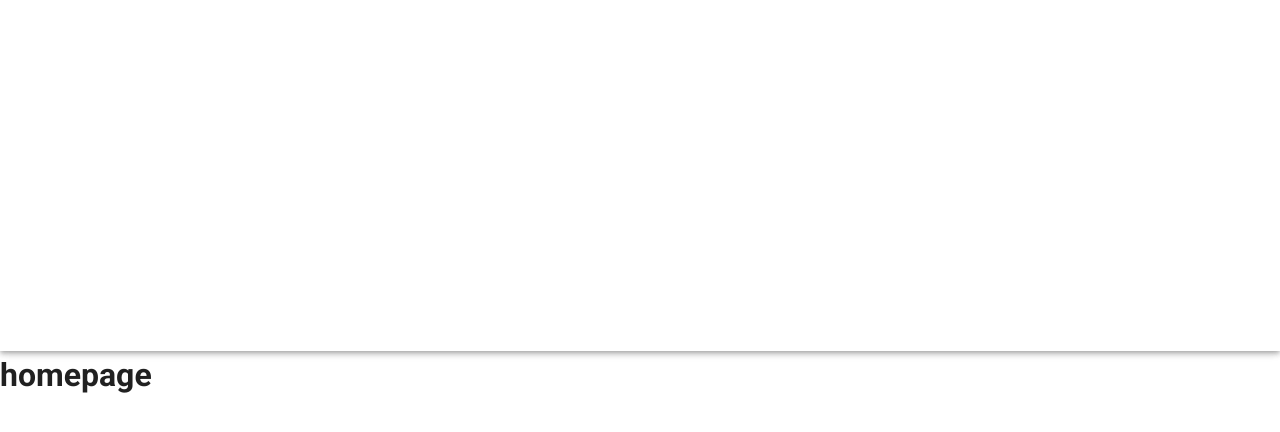
Repository: Morne-Dev/todo-ninjas
Page: /
An editor plug-in stored every save of this project. The page is shown before and after the next save, followed by the edit.
The browser window is 1280 px wide. The pictures show the whole page.
The project was rebuilt for these pictures with package versions that can differ from the ones it lists, and the page was loaded fresh each time. Also part of the build but not shown: vue.config.js.

Above is the page before, as saved 2023-11-22 08:09:49.

### src/App.vue
<template>
  <v-app>
    <Navbar />
    <v-content>
      <router-view/>
    </v-content>
  </v-app>
</template>

<script>
import Navbar from '@/components/Navbar'
export default {
  name: 'App',
components: { Navbar },
  data: () => ({
    //
  }),
};
</script>

### src/components/Navbar.vue
<template>
    <v-toolbar height="30px">

    </v-toolbar>
</template>

<script>


export default {
    return() {

    },
}
</script>

### src/views/HomeView.vue
<template>
  <div class="home">
    <h1>homepage</h1>

  </div>
</template>

Loaded but not shown: public/index.html (common file); src/main.js (common file); src/router/index.js (common file); src/plugins/vuetify.js (common file)

After the next save:
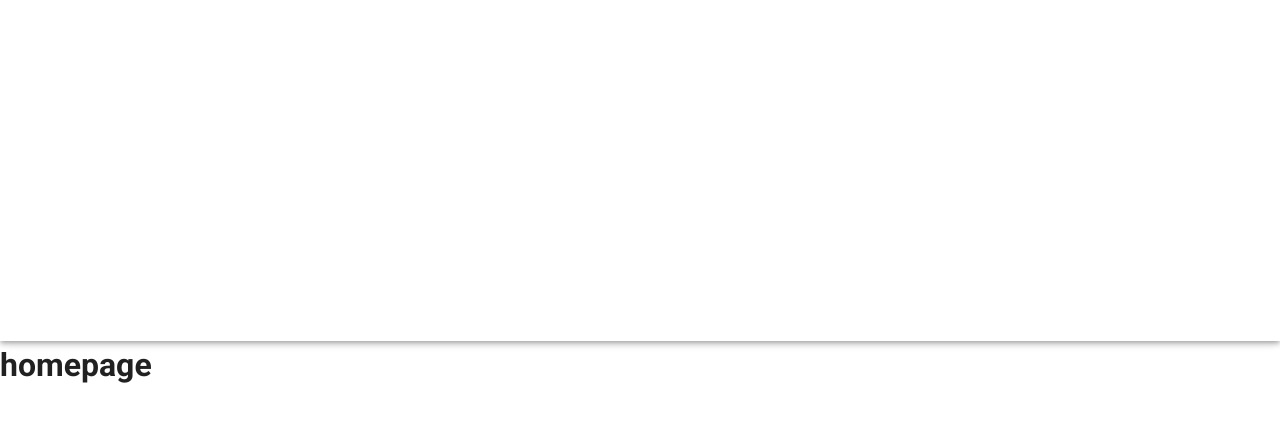
Saved 7 s later.
--- a/src/components/Navbar.vue
+++ b/src/components/Navbar.vue
@@ -1,5 +1,5 @@
 <template>
-    <v-toolbar height="30px">
+    <v-toolbar height="10px">
 
     </v-toolbar>
 </template>
